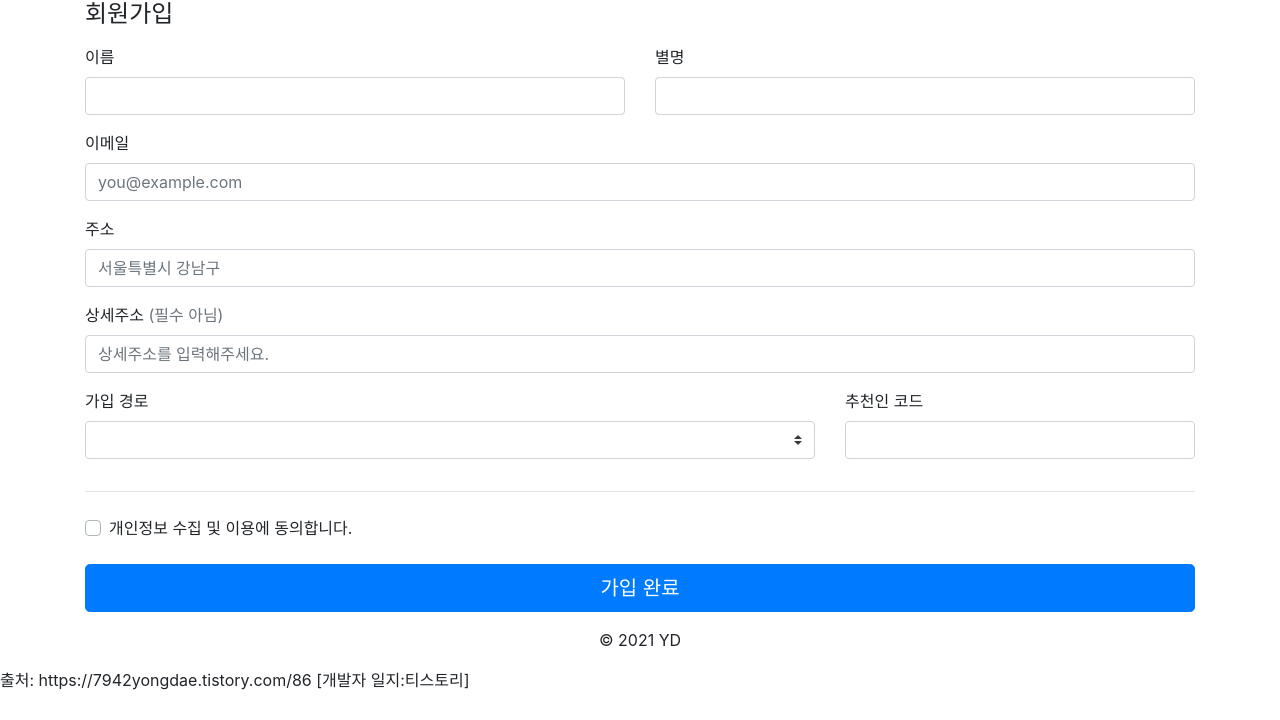
Repository: bjkim247/webproject
Page: http://localhost/jsptest/member/memberView.jsp
An editor plug-in stored every save of this project. The page is shown before and after the next save, followed by the edit.
The browser window is 1280 px wide. The pictures show the whole page.
The page is served by Tomcat 10.

Above is the page before, as saved 2023-12-01 08:07:27.

After the next save:
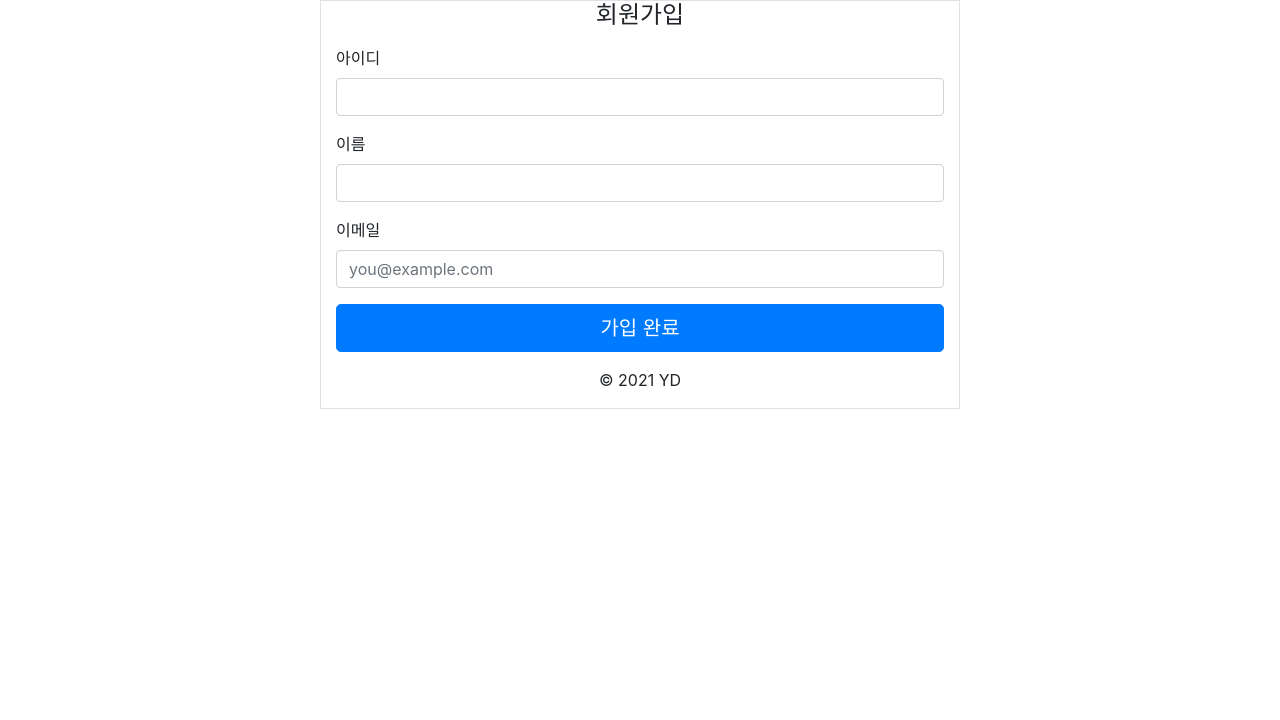
Saved 7 min 52 s later.
--- a/webproject/jsptest/src/main/webapp/member/memberView.jsp
+++ b/webproject/jsptest/src/main/webapp/member/memberView.jsp
@@ -9,75 +9,33 @@
     integrity="sha384-ggOyR0iXCbMQv3Xipma34MD+dH/1fQ784/j6cY/iJTQUOhcWr7x9JvoRxT2MZw1T" crossorigin="anonymous">
 </head>
 <body>
- <div class="container">
+ <div class="container w-50 border border-1" >
     <div class="input-form-backgroud row">
       <div class="input-form col-md-12 mx-auto">
-        <h4 class="mb-3">회원가입</h4>
+        <h4 class="mb-3 d-flex justify-content-center">회원가입</h4>
         <form class="validation-form" novalidate>
           <div class="row">
-            <div class="col-md-6 mb-3">
-              <label for="name">이름</label>
-              <input type="text" class="form-control" id="name" placeholder="" value="" required>
-              <div class="invalid-feedback">
-                이름을 입력해주세요.
-              </div>
+            <div class="col-md-12 mb-3">
+              <label for="name">아이디</label>
+              <input type="text" class="form-control" id="id" name="id" placeholder="" value="" required>
+
             </div>
-            <div class="col-md-6 mb-3">
-              <label for="nickname">별명</label>
-              <input type="text" class="form-control" id="nickname" placeholder="" value="" required>
-              <div class="invalid-feedback">
-                별명을 입력해주세요.
-              </div>
+            <div class="col-md-12 mb-3">
+              <label for="nickname">이름</label>
+              <input type="text" class="form-control" id="name" name="name" placeholder="" value="" required>
+
             </div>
           </div>
 
           <div class="mb-3">
             <label for="email">이메일</label>
-            <input type="email" class="form-control" id="email" placeholder="you@example.com" required>
+            <input type="email" class="form-control" id="email" name="email" placeholder="you@example.com" required>
             <div class="invalid-feedback">
               이메일을 입력해주세요.
             </div>
           </div>
 
-          <div class="mb-3">
-            <label for="address">주소</label>
-            <input type="text" class="form-control" id="address" placeholder="서울특별시 강남구" required>
-            <div class="invalid-feedback">
-              주소를 입력해주세요.
-            </div>
-          </div>
 
-          <div class="mb-3">
-            <label for="address2">상세주소<span class="text-muted">&nbsp;(필수 아님)</span></label>
-            <input type="text" class="form-control" id="address2" placeholder="상세주소를 입력해주세요.">
-          </div>
-
-          <div class="row">
-            <div class="col-md-8 mb-3">
-              <label for="root">가입 경로</label>
-              <select class="custom-select d-block w-100" id="root">
-                <option value=""></option>
-                <option>검색</option>
-                <option>카페</option>
-              </select>
-              <div class="invalid-feedback">
-                가입 경로를 선택해주세요.
-              </div>
-            </div>
-            <div class="col-md-4 mb-3">
-              <label for="code">추천인 코드</label>
-              <input type="text" class="form-control" id="code" placeholder="" required>
-              <div class="invalid-feedback">
-                추천인 코드를 입력해주세요.
-              </div>
-            </div>
-          </div>
-          <hr class="mb-4">
-          <div class="custom-control custom-checkbox">
-            <input type="checkbox" class="custom-control-input" id="aggrement" required>
-            <label class="custom-control-label" for="aggrement">개인정보 수집 및 이용에 동의합니다.</label>
-          </div>
-          <div class="mb-4"></div>
           <button class="btn btn-primary btn-lg btn-block" type="submit">가입 완료</button>
         </form>
       </div>
@@ -86,6 +44,5 @@
       <p class="mb-1">&copy; 2021 YD</p>
     </footer>
   </div>
-출처: https://7942yongdae.tistory.com/86 [개발자 일지:티스토리]
 </body>
 </html>
